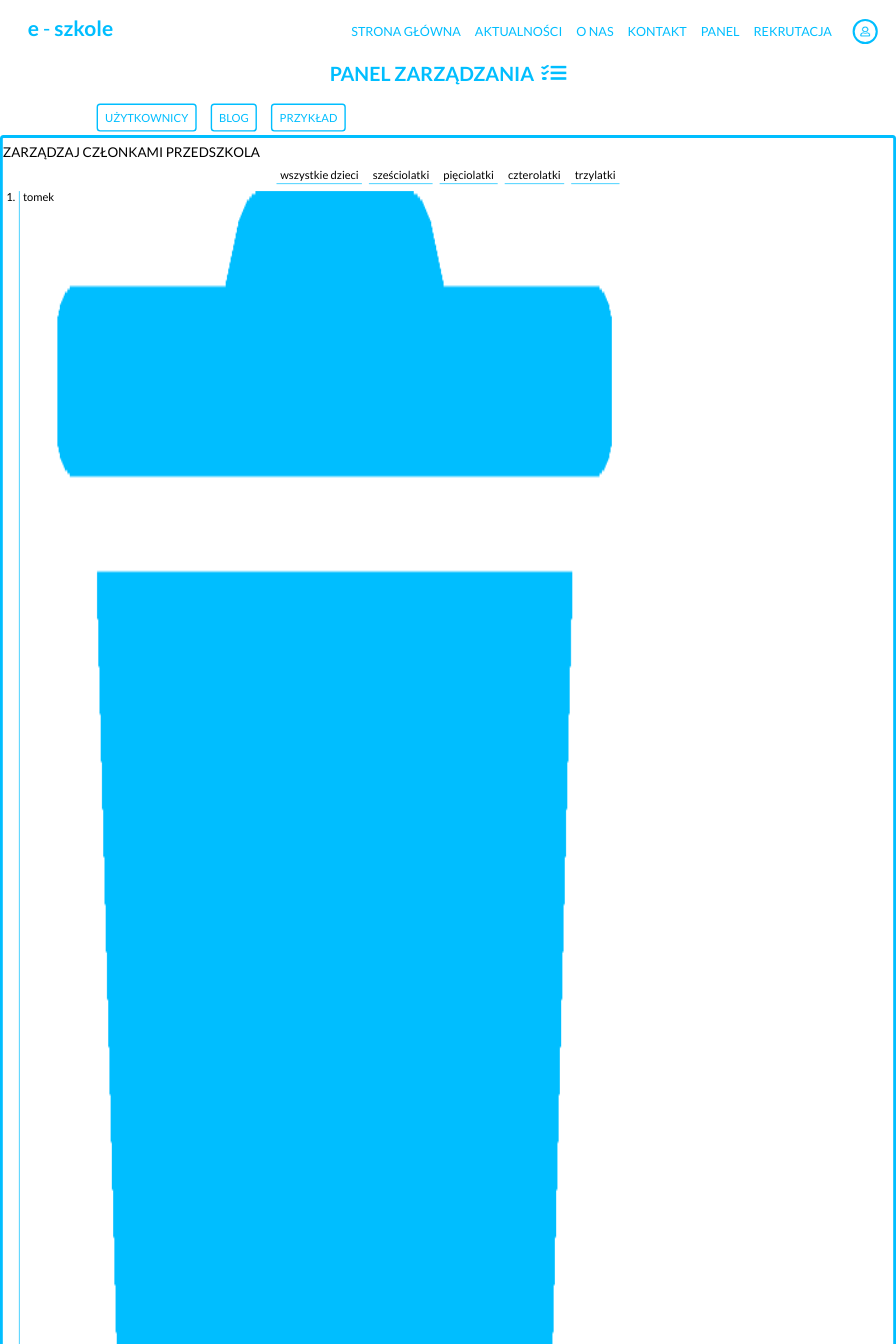
Repository: Votex874/e-szkole
Page: /panel (app in app/)
These files come from the project's save history. The page is drawn as it stood at one moment and after the next save; the edit follows.
The browser window is 1280 px wide. The pictures show the part of the page from y = 0 to 1920 px (the page is 11191 px tall before and 720 px after), at 70% of full size.
The project was rebuilt for these pictures with package versions that can differ from the ones it lists, and the page was loaded fresh each time. Also part of the build but not shown: app/src/components/News/Title/index.js, app/src/components/News/Content/index.js, app/src/components/News/Avatar/index.js, app/src/components/News/Footer/index.js, app/src/components/News/index.js, app/src/components/AboutUs/Content/index.js, app/src/components/AboutUs/index.js, app/src/components/Graduates/ListItem/index.js and 26 more.

Above is the page before, as saved 2019-04-03 10:00:15.

### app/src/index.js
import React from 'react';
import ReactDOM from 'react-dom';
import App from './App';
import * as serviceWorker from './serviceWorker';
import { createStore } from 'redux';
import { Provider } from 'react-redux';
import rootReducer from './reducers/rootReducer'

const store = createStore(rootReducer);

ReactDOM.render(<Provider store={store}><App /></Provider>, document.getElementById('root'));

// If you want your app to work offline and load faster, you can change
// unregister() to register() below. Note this comes with some pitfalls.
// Learn more about service workers: http://bit.ly/CRA-PWA
serviceWorker.unregister();

### app/src/App.js
import React, { Component } from 'react';
import { Route, BrowserRouter, Switch } from 'react-router-dom'
import './reset.scss'

import Home from './containers/Home/index'
import Login from './containers/Login/index'
import Contact from './containers/Contact/index'
import News from './containers/News/index'
import About from './containers/About/index'
import Recruitment from './containers/Recruitment/index'
import Panel from './containers/Panel/index'

class App extends Component {
  render() {
    return (
      <BrowserRouter>
        <Switch>
          <Route exact path='/' component={Home} />
          <Route path='/login' component={Login} />
          <Route path='/kontakt' component={Contact} />
          <Route path='/blog' component={News} />
          <Route path='/o-nas' component={About} />
          <Route path='/rekrutacja' component={Recruitment} />
          <Route path='/panel' component={Panel} />
        </Switch>
      </BrowserRouter>
    );
  }
}

export default App;

### app/src/reset.scss
html, body, div, span, applet, object, iframe,
h1, h2, h3, h4, h5, h6, p, blockquote, pre,
a, abbr, acronym, address, big, cite, code,
del, dfn, em, img, ins, kbd, q, s, samp,
small, strike, strong, sub, sup, tt, var,
b, u, i, center,
dl, dt, dd, ol, ul, li,
fieldset, form, label, legend,
table, caption, tbody, tfoot, thead, tr, th, td,
article, aside, canvas, details, embed,
figure, figcaption, footer, header, hgroup,
menu, nav, output, ruby, section, summary,
time, mark, audio, video {
	margin: 0;
	padding: 0;
	border: 0;
	font-size: 100%;
	font: inherit;
	vertical-align: baseline;
}
/* HTML5 display-role reset for older browsers */
article, aside, details, figcaption, figure,
footer, header, hgroup, menu, nav, section {
	display: block;
}
body {
	line-height: 1;
}
ol, ul {
	list-style: none;
}
blockquote, q {
	quotes: none;
}
blockquote:before, blockquote:after,
q:before, q:after {
	content: '';
	content: none;
}
table {
	border-collapse: collapse;
	border-spacing: 0;
}
@import url('https://fonts.googleapis.com/css?family=Lato:300,300i,400,400i,700&amp;subset=latin-ext');

 body {
	font-family: 'Lato', sans-serif;
 }

 a{
	 text-decoration: none;
 }

### app/src/containers/Panel/index.js
import React, { Component } from 'react'
import styled from 'styled-components'

import HeaderMain from '../../components/HeaderMain/index'
import Footer from '../../components/Footer/index'
import PanelManagement from '../../components/PanelManagement/index'

class Panel extends Component{
  render(){
    return (
      <React.Fragment>
        <HeaderMain />
        <PanelManagement />
        <Footer />
      </React.Fragment>
    )
  }
}

export default Panel

### app/src/components/HeaderMain/index.js
import React, { Component } from 'react';
import styled from 'styled-components'
import Logo from '../Logo/index'
import Navigation from '../Nav/index'
import Hamburger from '../Hamburger/index'

const Header = styled.header`
 max-width: 1400px;
 height: 100px;
 margin: 0 auto;
 display: flex;
 justify-content: space-between;
 align-items: center;
 box-sizing: border-box;
 margin-top: 15px;
 @media (max-width: 1400px){
   width: 96%;
   height: 50px;
   align-items: center;
 }
`

class HeaderMain extends Component {
  constructor(props){
    super(props)

    this.state = {
      width: 0
    }
  }

  componentDidMount = () => {
    this.updateWindowDimensions();
    window.addEventListener('resize', this.updateWindowDimensions);
  }

  componentWillUnmount = () => {
    window.removeEventListener('resize', this.updateWindowDimensions);
  }

  updateWindowDimensions = () => {
    this.setState({ width: window.innerWidth });
  }

  render() {
    const { width } = this.state;
    return (
      <Header>
        <Logo />
        { width <= 767 ? <Hamburger /> : <Navigation /> }
      </Header>
    );
  }
}

export default HeaderMain;

### app/src/components/Footer/index.js
import React, { Component } from 'react'
import styled from 'styled-components'
import FooterNav from './FooterNav/index'
import { lightBlue } from '../../constColors'

const FooterContainer = styled.footer`
  width: 600px;
  margin: 0 auto;
  @media (max-width: 767px){
    width: 100%;
  }
`

const FooterBanner = styled.div`
  background-color: ${lightBlue};
  display: flex;
  justify-content: center;
  align-items: center;
  color: #fff;
  margin: 15px auto;
  height: 35px;
  border-radius: 10px;
  @media (max-width: 767px){
    width: 100%;
    border-radius: 0;
  }
`

class Footer extends Component {
  render(){
    return (
      <FooterContainer>
        <FooterNav />
        <FooterBanner>All rights reserved &copy; </FooterBanner>
      </FooterContainer>
    )
  }
}


export default Footer

### app/src/components/PanelManagement/index.js
import React, { Component } from 'react'

import PanelOptions from '../PanelOptions/index'

class PanelManagement extends Component {
  render(){
    return (
      <React.Fragment>
        <PanelOptions />
      </React.Fragment>
    )
  }
}

export default PanelManagement

### app/src/components/Logo/index.js
import React, { Component } from 'react';
import styled from 'styled-components'
import { shineOnHover, lightBlue } from '../../constColors'
import { Link } from 'react-router-dom'

const Alink = styled.span`
  display: flex;
  flex-direction: column;
  justify-content: center;
  align-items: center;
  width: 225px;
  padding: 0 10px;
  text-decoration: none;
  font-size: 50px;
  @media (max-width: 767px) {
    width: 150px;
    height: auto;
    font-size: 28px;
    align-items: flex-start;
    justify-content: flex-start;
    padding: 0;
  }
  @media (min-width: 768px) and (max-width: 1400px) {
    width: 150px;
    font-size: 30px;
    padding: 0;
  }
  @media (min-width: 1401px){
    ${shineOnHover}
  }
`
const Span = styled.h1`
  color: ${lightBlue};
  transition: .2s;
`
const Bold = styled.b`
  font-weight: bold;
`

class Logo extends Component {
  constructor(props){
    super(props)

    this.state = {
      logoLink: '/'
    }
  }
  render() {
    const { logoLink } = this.state;
    return (
      <Link to={logoLink}>
        <Alink>
          <Span id='logo' className="logo2"><Bold>e</Bold> - <Bold>szkole</Bold></Span>
        </Alink>
      </Link>
    );
  }
}

export default Logo;

### app/src/components/Nav/index.js
import React, { Component } from 'react';
import { connect } from 'react-redux'
import styled from 'styled-components'
import SingleLink from './Link/index'
import LoginButton from './../LoginButton/index';


const Nav = styled.nav`
  display: flex;
  margin: 10px 20px 0 auto;
  @media (max-width: 767px){
    flex-direction: column;
    margin: 120px 0 0 0;
  }
`

class Navigation extends Component {

  render() {
    const { links } = this.props;
    let listOfLinks = [];
    let i = 0;
    for (const key of Object.keys(links)) {
      // console.log(key, links[key]);
      listOfLinks[i] = <SingleLink data={links[key]} key={key} />
      i++;
    }
    return (
      <React.Fragment>
        <Nav>
          {listOfLinks}
        </Nav>
        <LoginButton />
      </React.Fragment>
    );
  }
}

const mapStateToProps = (state) => {
  return {
    links: state.links
  }
}

export default connect(mapStateToProps)(Navigation);

### app/src/components/Hamburger/index.js
import React, { Component } from 'react';
import styled from 'styled-components'
import hamburgerImg from '../../images/icons/hamburger.png'
import times from '../../images/icons/times.png'
import Navigation from '../Nav/index'

const Hamburger = styled.div`
  width: 40px;
  height: 40px;
`

const HamburgerImg = styled.img`
  width: 100%;
  height: 100%;
  opacity: 1;
  transition: .4s;
  position: relative;
  z-index: 10;
`

const MobileContainer = styled.div`
  position: absolute;
  display: flex;
  flex-direction: column-reverse;
  top: 0;
  left: 0;
  width: 100vw;
  height: 100vh;
  background-color: #fff;
  opacity: .9;
  z-index: 1;
  transition: .3s;
`

class Hambuger extends Component {
  constructor(props){
    super(props)

    this.body = document.querySelector('body');

    this.state = {
      imgAlt: 'hamburgerMenuIcon',
      imgSrc: hamburgerImg,
      fade: 1,
      displayMobile: 'none'
    }
  }

  handleHamburger = () => {
    const { imgSrc } = this.state;
    setTimeout( () => {
      if (imgSrc !== hamburgerImg) {
        this.body.style.overflow = "auto";
        this.setState({
          imgSrc: hamburgerImg,
          displayMobile: 'none',
          fade: 1
        })
      } else {
        this.body.style.overflow = "hidden";
        this.setState({
          imgSrc: times,
          displayMobile: 'block',
          fade: 1
        })
      }
    }, 400)
    this.setState({
      fade: 0
    })
  }

  render() {
    const { imgAlt, imgSrc, fade, displayMobile } = this.state
    return (
      <Hamburger>
        <HamburgerImg style={{opacity: fade}} src={imgSrc} alt={imgAlt} onClick={this.handleHamburger}/>
        <MobileContainer style={{display: displayMobile}}>
          <Navigation />
        </MobileContainer>
      </Hamburger>
    );
  }
}


export default Hambuger;

### app/src/components/SectionTitle/index.js
import React from 'react'
import styled from 'styled-components'
import { lightBlue } from '../../constColors'

const HeaderTitle = styled.h2`
  color: ${lightBlue};
  font-size: 32px;
  text-transform: uppercase;
  font-weight: bold;
  text-align: center;
  @media (max-width: 767px){
    font-size: 22px;
  }
  @media (min-width: 768px) and (max-width: 1400px){
    font-size: 28px;
  }
`
const HeaderImg = styled.img`
  width: 40px;
  height: 30px;
  margin-left: 10px;
  @media(max-width: 767px){
    width: 30px;
    height: 20px;
  }
  @media (min-width: 768px) and (max-width: 1400px){
    width: 36px;
    height: 26px;
  }
`

const Header = styled.header`
  display: flex;
  justify-content: center;
  align-items: center;
  width: 90%;
  margin: 25px auto;
`

const SectionTitle = ({ title, img }) => {
  return (
    <Header>
      <HeaderTitle>{title}</HeaderTitle>
      <HeaderImg src={img} alt="ikona zespolu"/>
    </Header>
  )
}


export default SectionTitle;

### app/src/components/Footer/FooterNav/index.js
import React, { Component } from 'react'
import styled from 'styled-components'
import NavLink from './NavLink/index'
import { connect } from 'react-redux'

const NavContainer = styled.nav`
  display: flex;
  justify-content: space-between;
  width: 50%;
  @media (max-width: 767px){
    width: 90%;
    margin: 0 auto;
  }
`

class FooterNav extends Component {
  constructor(props){
    super(props)

    this.state = {
      nav: []
    }
  }
  componentDidMount = () => {
    const { links } = this.props
    let listOfNavs = [];
    let i = 0;
    for (const key of Object.keys(links)) {
      if(links[key].basic === 'true'){
        listOfNavs[i] =
          <NavLink name={links[key].name} url={links[key].url} key={key} />
        i++;
      }
    }
    this.setState({
      nav: listOfNavs
    })
  }

  render(){
    const { nav } = this.state;
    return(
      <NavContainer>
        {nav}
      </NavContainer>
    )
  }
}

const mapStateToProps = (state) => {
  return {
    links: state.links
  }
}

export default connect(mapStateToProps)(FooterNav);

### app/src/constColors.js
const brown = '#BF5000';
const greenDark = '#008723';
const greenLight = '#34BD56';
const lightBlue = '#00BEFF';
const turquoise = '#fff';
const darkBlue = '#0057AE';

const shineOnHover = `
position: relative;
    overflow: hidden;
    display: inline-block;
    border-radius: 5px;
    text-align: center;
    line-height: 50px;

  &:after {
    content: "";
    position: absolute;
    top: -110%;
    left: -210%;
    width: 200%;
    height: 200%;
    opacity: 0;
    /* transform: rotate(30deg); */

    background: rgba(0, 190, 255, 0.13);
    background: linear-gradient(
      to right,
      rgba(0, 190, 255, 0.13) 0%,
      rgba(0, 190, 255, 0.13) 77%,
      rgba(0, 190, 255, 0.5) 92%,
      rgba(0, 190, 255, 0.0) 100%
    );
  }

  &:hover:after {
    opacity: 1;
    top: -30%;
    left: -30%;
    transition-property: left, top, opacity;
    transition-duration: 0.7s, 0.7s, 0.15s;
    transition-timing-function: ease;
  }


  &:active:after {
    opacity: 0;
  }
`

export { brown, greenLight, greenDark, lightBlue, shineOnHover, turquoise, darkBlue }

### app/src/components/PanelOptions/index.js
import React, { Component } from 'react'
import styled from 'styled-components'

import PanelItem from './PanelItem/index'
import SectionTitle from '../SectionTitle'
import TaskImg from '../../images/icons/tasks.png'
import Users from './Users/index'
import { lightBlue } from '../../constColors';

const OptionsList = styled.ul`
  width: 1200px;
  margin: 0 auto;
  display: flex;
  justify-content: flex-start;
  align-items: center;
  flex-wrap: wrap;
  @media (max-width: 767px){
    width: 90%;
  }
  @media (min-width: 768px) and (max-width: 1400px){
    width: 80%;
  }
`

const ChoosenOption = styled.div`
  border: 4px solid ${lightBlue};
  border-radius: 5px;
  margin: 0 auto;
  @media(max-width: 767px){
    width: 90%;
  }
`

class PanelOptions extends Component{
  constructor(props){
    super(props)

    this.state = {
      list: ['użytkownicy', 'blog', 'przykład'],
      users: <Users />
    }
  }

  handleClick = (id) => {
    console.log(id, 'id')
  }

  render(){
    return (
      <React.Fragment>
        <SectionTitle title="Panel Zarządzania" img={TaskImg} />
        <OptionsList>
          {this.state.list.map((e,i) => {
            return <PanelItem id={i} handleClick={this.handleClick} key={i} content={e} />
          })}
        </OptionsList>
        <ChoosenOption>
          {this.state.users}
        </ChoosenOption>
      </React.Fragment>
    )
  }
}

export default PanelOptions

### app/src/components/Nav/Link/index.js
import React from 'react';
import styled from 'styled-components'
import { shineOnHover, lightBlue } from '../../../constColors'
import { Link } from 'react-router-dom'

const Alink = styled.span`
  text-decoration: none;
  color: ${lightBlue};
  margin: 10px 0;
  padding: 0 12px;
  font-size: 20px;
  text-transform: uppercase;
  text-align: center;

  @media (max-width: 767px){
    font-size: 24px;
    display: flex;
    justify-content: center;
    align-items: center;
  }
  @media (min-width: 768px) and (max-width: 1050px){
    font-size: 14px;
    margin: 10px 0;
    padding: 4px;
  }
  @media (min-width: 1051px) and (max-width: 1400px){
    font-size: 18px;
    margin: 10px 0;
    padding: 0 10px;
  }
  @media (min-width: 1401px){
    ${shineOnHover}
}
`

const SingleLink = ({ data }) => {
  const handleClick = () => {
    document.querySelector('body').style.overflow = "auto";
  }
  return (
    <Link onClick={handleClick} to={data.url}>
      <Alink>
        {data.name}
      </Alink>
    </Link>
  )
}

export default SingleLink;

### app/src/components/LoginButton/index.js
import React, { Component } from 'react';
import styled from 'styled-components'
import imgUser from '../../images/icons/loginUser.png'
import { shineOnHover, lightBlue } from '../../constColors'
import { Link } from 'react-router-dom'

const ButtonAlink = styled.span`
  width: 160px;
  height: 30px;
  font-size: 14px;
  text-transform: uppercase;
  font-weight: bold;
  text-decoration: none;
  display: flex;
  justify-content: center;
  align-items: center;
  border-radius: 20px;
  border: 3px solid ${lightBlue};
  margin-top: 10px;
  @media (max-width: 767px){
    position: absolute;
    top: 15px;
    left: 10px;
    width: 220px;
    height: 40px;
    font-size: 24px;
  }
  @media (min-width: 768px) and (max-width: 1400px){
    width: 30px;
  }
  @media (min-width: 1401px){
    ${shineOnHover}
    border-radius: 20px;
    line-height: normal;
    display: flex;
  }
`

const IconImg = styled.img`
  background-position: center;
  background-size: cover;
  background-repeat: no-repeat;
  margin-left: 15px;
  width: 14px;
  height: 14px;
  @media (max-width: 767px){
    width: 26px;
    height: 26px;
  }
  @media (min-width: 768px) and (max-width: 1400px){
    margin-left: 0;
  }
`
const SpanText = styled.span`
  color: ${lightBlue};
  @media (min-width: 768px) and (max-width: 1400px){
    display: none;
  }
`

class LoginButton extends Component {
  constructor(props){
    super(props)

    this.state = {
      loginLink: '/login'
    }
  }

  handleEnableScroll = () => {
    document.querySelector('body').style.overflow = "auto";
  }

  render() {
    const { loginLink } = this.state;
    return (
      <Link onClick={this.handleEnableScroll} to={loginLink} >
        <ButtonAlink>
          <SpanText>zaloguj się</SpanText>
          <IconImg src={imgUser} />
        </ButtonAlink>
      </Link>
    );
  }
}

export default LoginButton;

### app/src/components/Footer/FooterNav/NavLink/index.js
import React from 'react'
import styled from 'styled-components'
import { Link } from 'react-router-dom'

const Alink = styled.span`
  text-decoration: none;
  font-size: 14px;
  color: #777;
  @media (max-width: 767px){
    font-size: 12px;
  }
  @media (min-width: 768px) and (max-width: 1400px){
    font-size: 14px;
  }
`


const NavLink = ({ name, url }) => {
  return (
    <Link to={url}>
      <Alink>{name}</Alink>
    </Link>
  )
}

export default NavLink

### app/src/components/PanelOptions/PanelItem/index.js
import React, { Component } from 'react'
import styled from 'styled-components'

import { lightBlue } from '../../../constColors'

const SingleItem = styled.li`
  color: ${lightBlue};
  text-transform: uppercase;
  margin: 5px 10px;
  padding: 10px;
  border: 2px solid ${lightBlue};
  border-radius: 5px;
  @media (max-width: 767px){
    font-size: 12px;
    padding: 5px;
  }
  @media(min-width: 1400px){
    &:hover{
      color: #fff;
      background-color: ${lightBlue};
    }
  }
`

class PanelItem extends Component{

  handleClick = (id) => {
    if (typeof this.props.handleClick === 'function'){
      this.props.handleClick(id)
    }
  }

  render(){
    const { content, id } = this.props
    return (
      <React.Fragment>
        <SingleItem onClick={() => this.handleClick(id)}>{content}</SingleItem>
      </React.Fragment>
    )
  }
}

export default PanelItem

### app/src/components/PanelOptions/Item/index.js
import React from 'react'
import styled from 'styled-components'
import { lightBlue } from '../../../constColors'

const Item = styled.p`
  padding: 5px;
  border-bottom: 1px solid ${lightBlue};
  margin: 0 5px;
`

const SidebarMenuItem = ({ content }) => {
  return (
    <Item>{content}</Item>
  )
}

export default SidebarMenuItem

Loaded but not shown: app/public/index.html (common file); app/src/serviceWorker.js (common file); app/src/reducers/rootReducer.js (169 lines, source omitted); app/src/components/PanelOptions/Users/index.js (185 lines, source omitted)

After the next save:
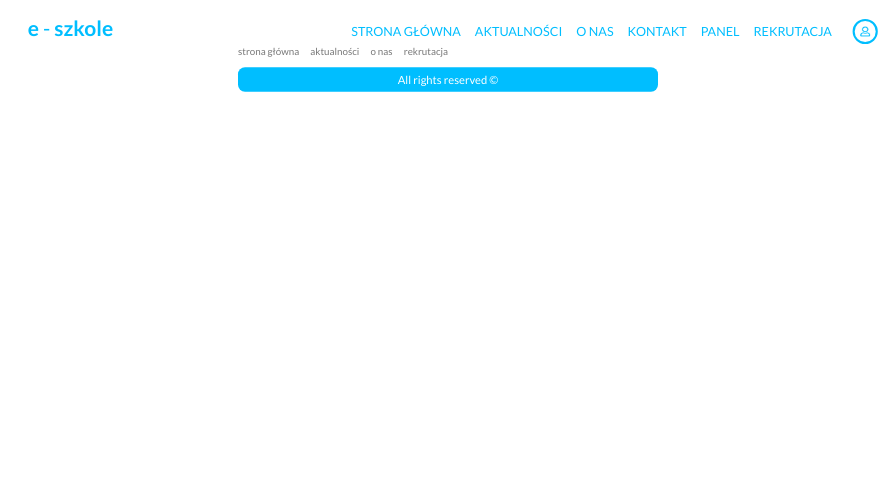
Saved 10 s later.
--- a/app/src/containers/Panel/index.js
+++ b/app/src/containers/Panel/index.js
@@ -10,7 +10,7 @@
     return (
       <React.Fragment>
         <HeaderMain />
-        <PanelManagement />
+
         <Footer />
       </React.Fragment>
     )

After the save that followed:
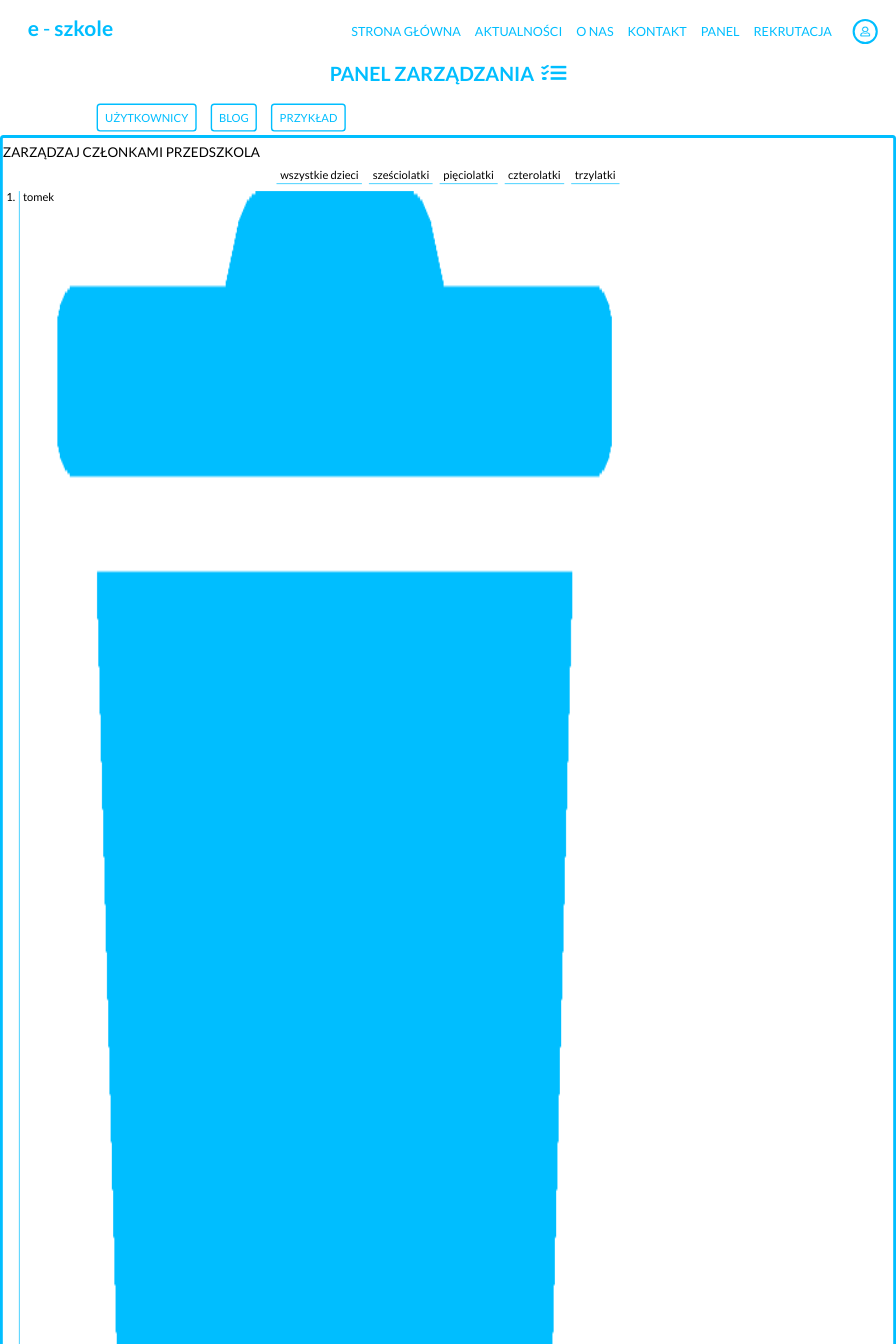
Saved 5 s later.
--- a/app/src/containers/Panel/index.js
+++ b/app/src/containers/Panel/index.js
@@ -10,7 +10,7 @@
     return (
       <React.Fragment>
         <HeaderMain />
-
+        <PanelManagement />
         <Footer />
       </React.Fragment>
     )
